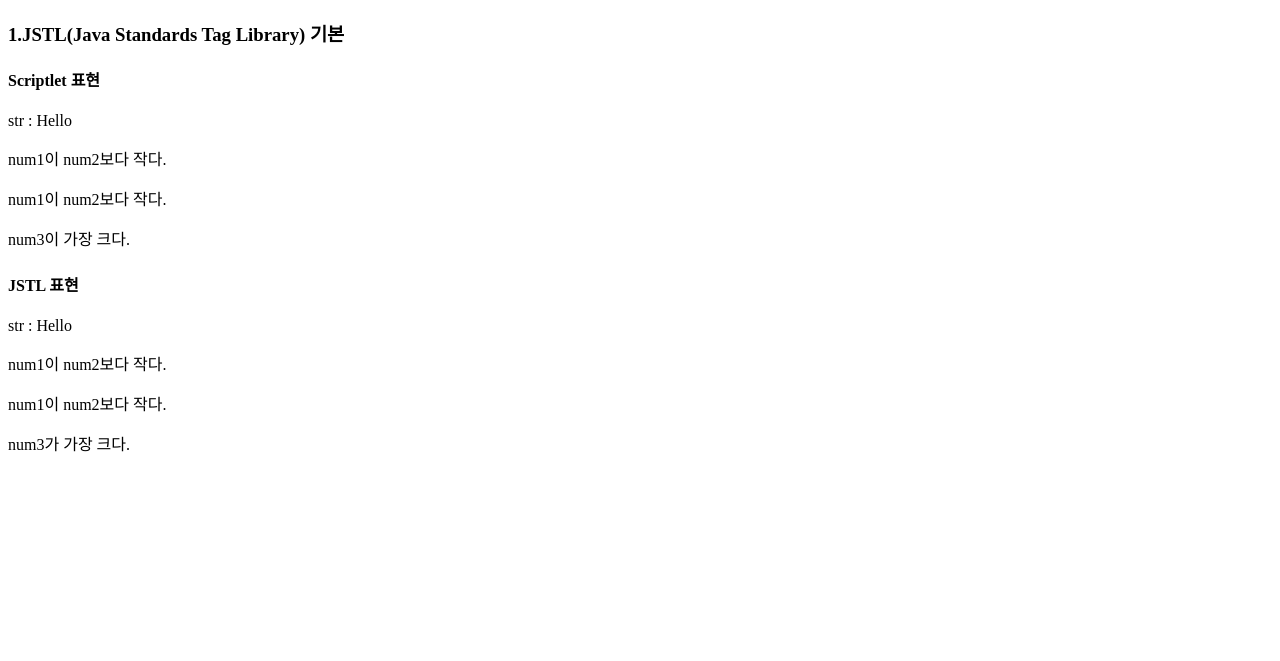
Repository: donghobu/JSP
Page: http://localhost/Ch12/12-1.jsp
The author's editor kept a copy of each file at every save. The page is drawn from the files as they stood at one save, then again after the next save.
The browser window is 1280 px wide. The pictures show the whole page.
The page is served by Tomcat 9.

Above is the page before, as saved 2020-07-13 02:36:41.

After the next save:
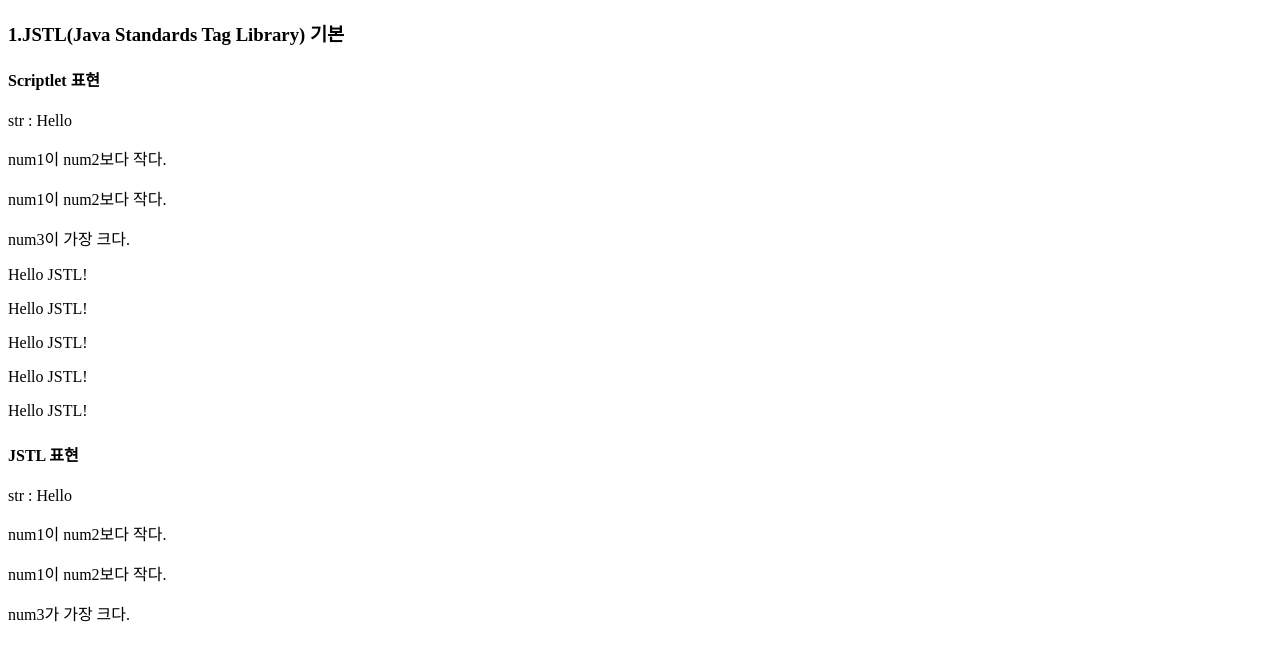
Saved 92 s later.
--- a/Ch12/WebContent/12-1.jsp
+++ b/Ch12/WebContent/12-1.jsp
@@ -34,6 +34,10 @@
 			out.println("<p>num2이 num3보다 크다.</p>");
 		}else{
 			out.println("<p>num3이 가장 크다.</p>");
+		}
+
+		for(int i=1 ; i<=5 ; i++){
+			out.println("<p>Hello JSTL!</p>");
 		}
 	%>
 
